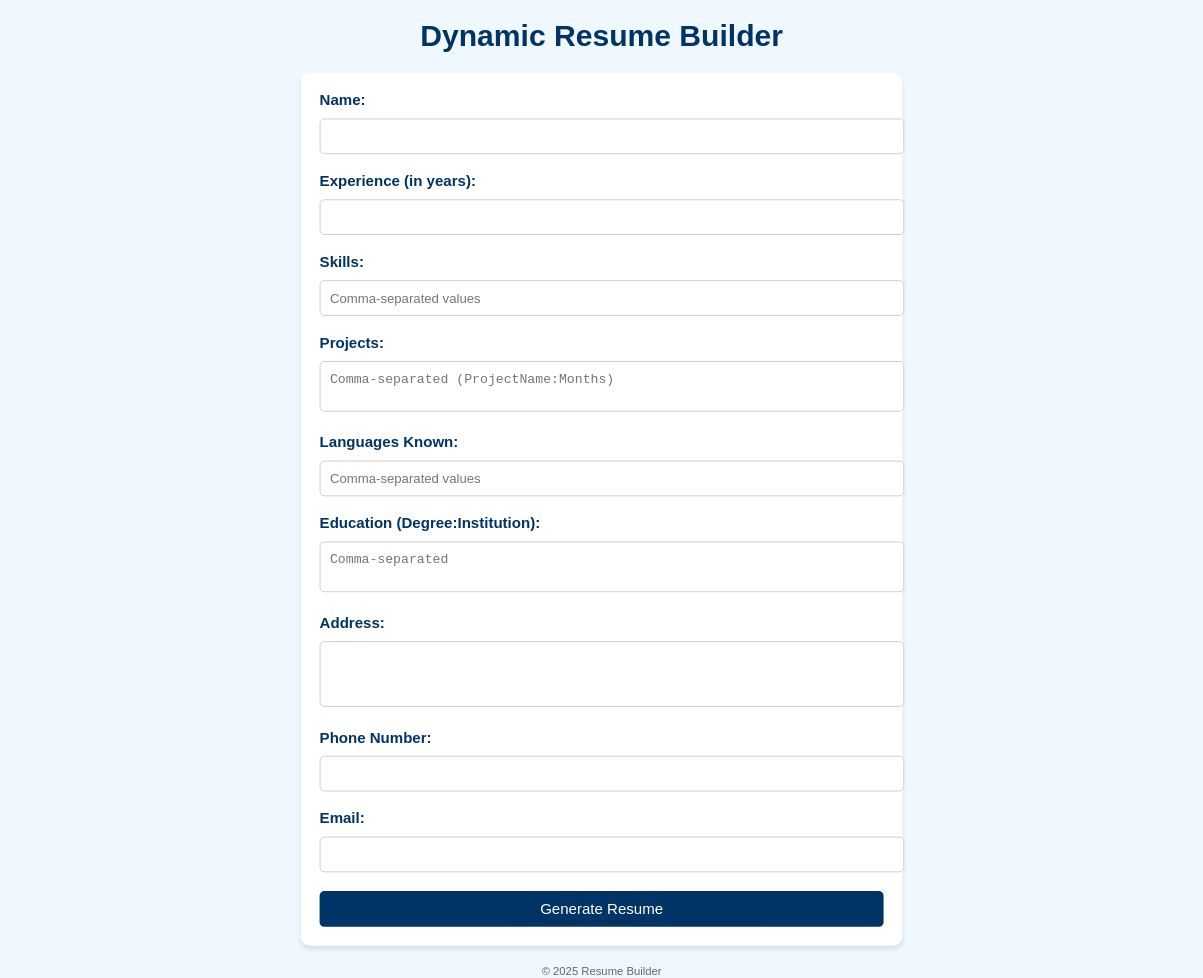
Repository: ashwin2-0/MineEclipseProjects
Page: http://localhost/springMVC/resume2
The author's editor kept a copy of each file at every save. The page is drawn from the files as they stood at one save, then again after the next save.
The browser window is 1280 px wide. The pictures show the whole page, at 94% of full size.
The page is served by Tomcat 9.

Above is the page before, as saved 2025-04-15 20:58:05.
Console error: ReferenceError: $ is not defined

After the next save:
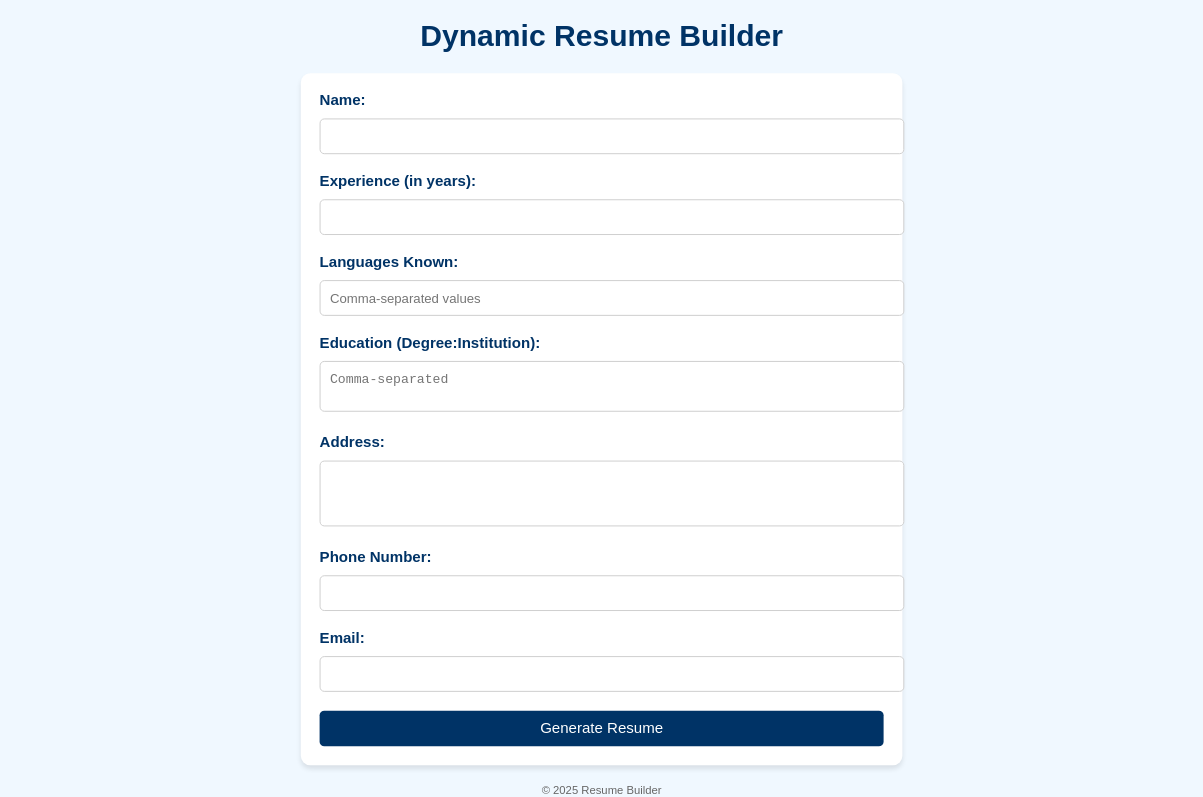
Saved 3 min 43 s later.
--- a/Spring_Core/SpringMVC/springMVC/src/main/webapp/WEB-INF/views/resume2.jsp
+++ b/Spring_Core/SpringMVC/springMVC/src/main/webapp/WEB-INF/views/resume2.jsp
@@ -80,11 +80,7 @@
 		    <label for="experience">Experience (in years):</label>
 		    <input type="number" id="experience" name="experience" required>
 
-		    <label for="skills">Skills:</label>
-		    <input type="text" id="skills" name="skills" placeholder="Comma-separated values" required>
 
-		    <label for="projects">Projects:</label>
-		    <textarea id="projects" name="projects" placeholder="Comma-separated (ProjectName:Months)" required></textarea>
 
 		    <label for="languages">Languages Known:</label>
 		    <input type="text" id="languages" name="languages" placeholder="Comma-separated values" required>
